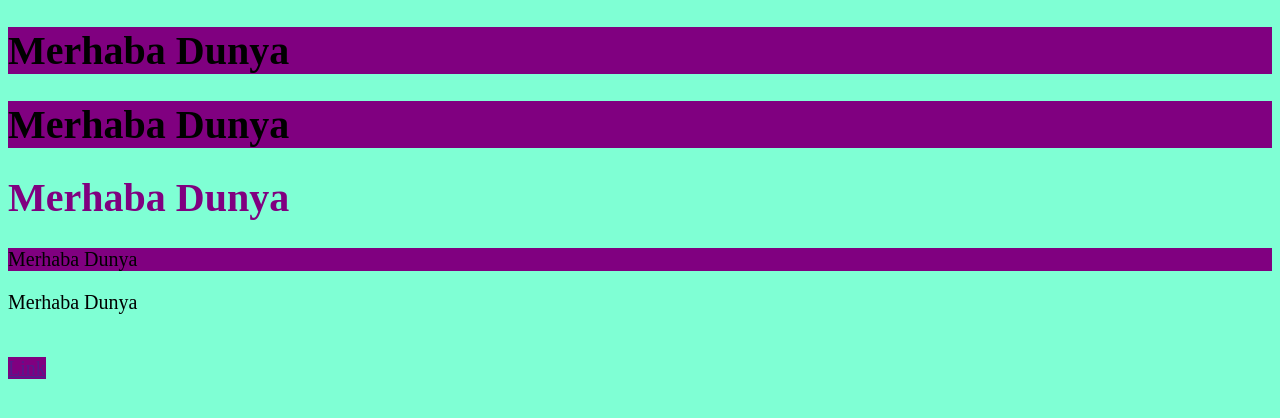
Repository: Kubraaygun/Html_Css_Login
Page: index.html
An editor plug-in stored every save of this project. The page is shown before and after the next save, followed by the edit.
The browser window is 1280 px wide. The pictures show the whole page.

Above is the page before, as saved 2025-03-04 17:30:26.

After the next save:
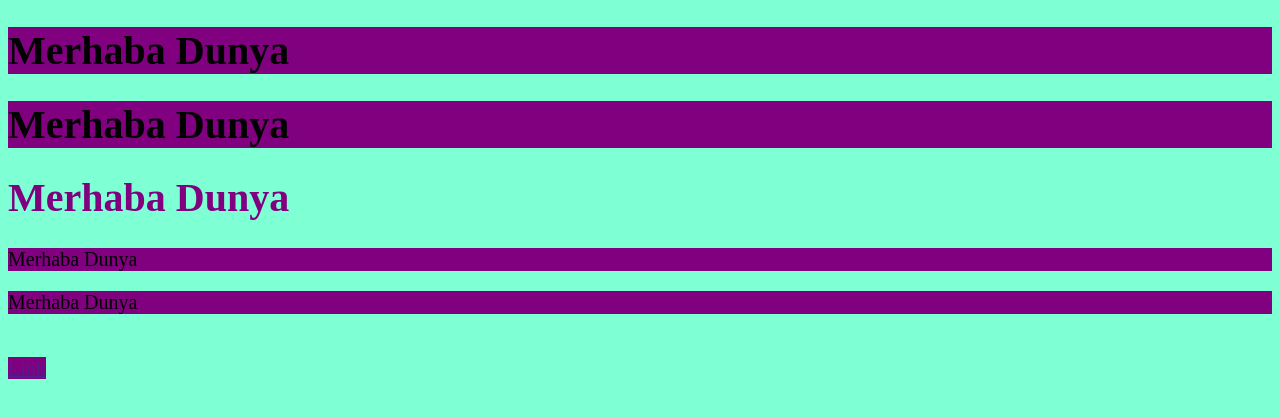
Saved 6 s later.
--- a/index.html
+++ b/index.html
@@ -25,7 +25,7 @@
     <h1 class="h1">Merhaba Dunya</h1>
     <h1 id="h1">Merhaba Dunya</h1>
     <div class="h1">Merhaba Dunya</div>
-    <p>Merhaba Dunya</p>
+    <p class="h1">Merhaba Dunya</p>
 
     <br />
     <a class="h1" href="">Link</a>
